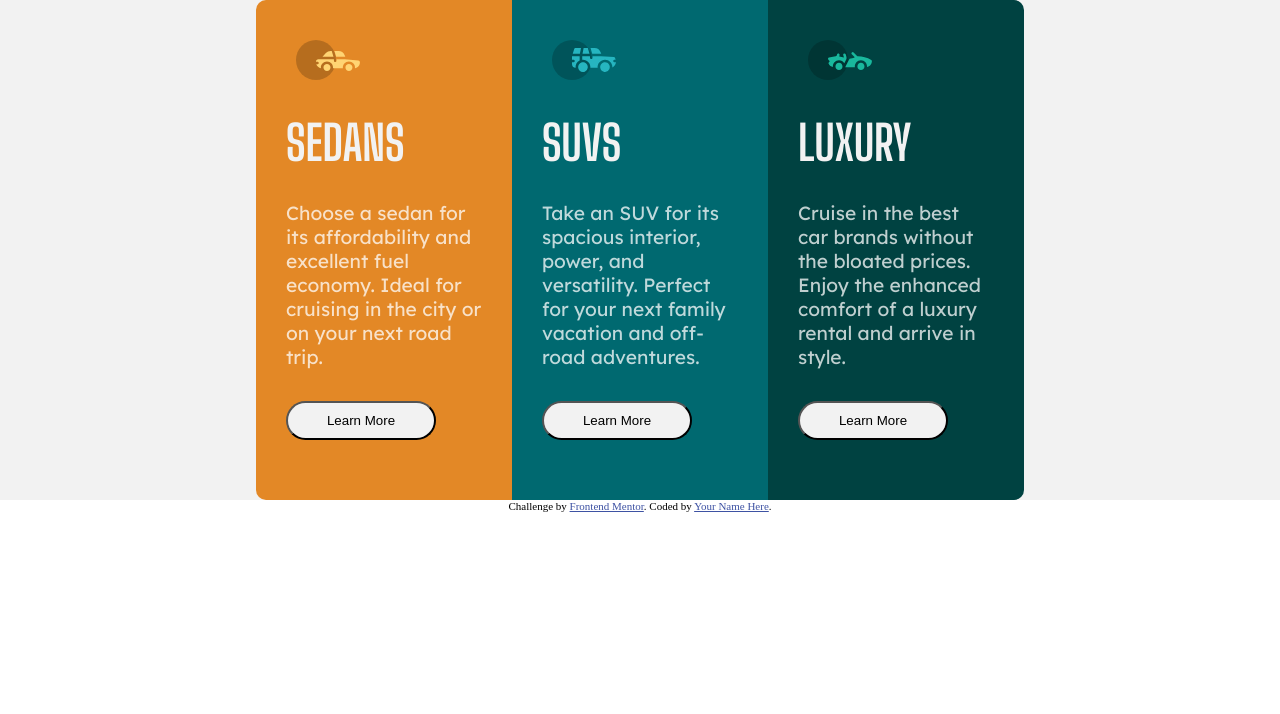
Repository: viniciussnt/3-column-preview-card
Page: index.html
These files come from the project's save history. The page is drawn as it stood at one moment and after a run of saves; the edit follows.
The browser window is 1280 px wide. The pictures show the whole page.

Above is the page before, as saved 2023-09-15 11:44:04.

After the next 2 saves:
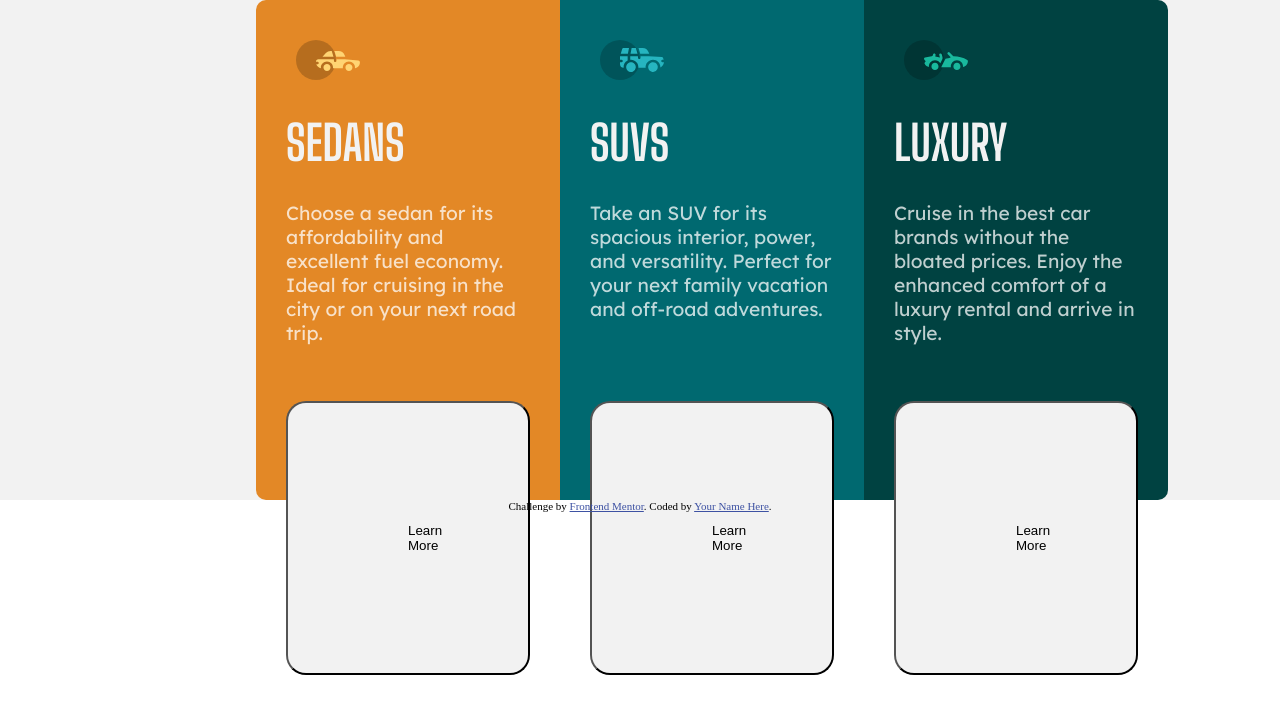
The 2 saves are shown as one change because they came seconds apart.
The last was saved 33 s later.
--- a/styles/style.css
+++ b/styles/style.css
@@ -74,7 +74,7 @@
     border-radius: 20px;
 
     margin: 30px 30px 0px 30px;
-    padding: 10px;
+    padding: 120px;
 
     width: 150px;
 

After the 2 saves that followed:
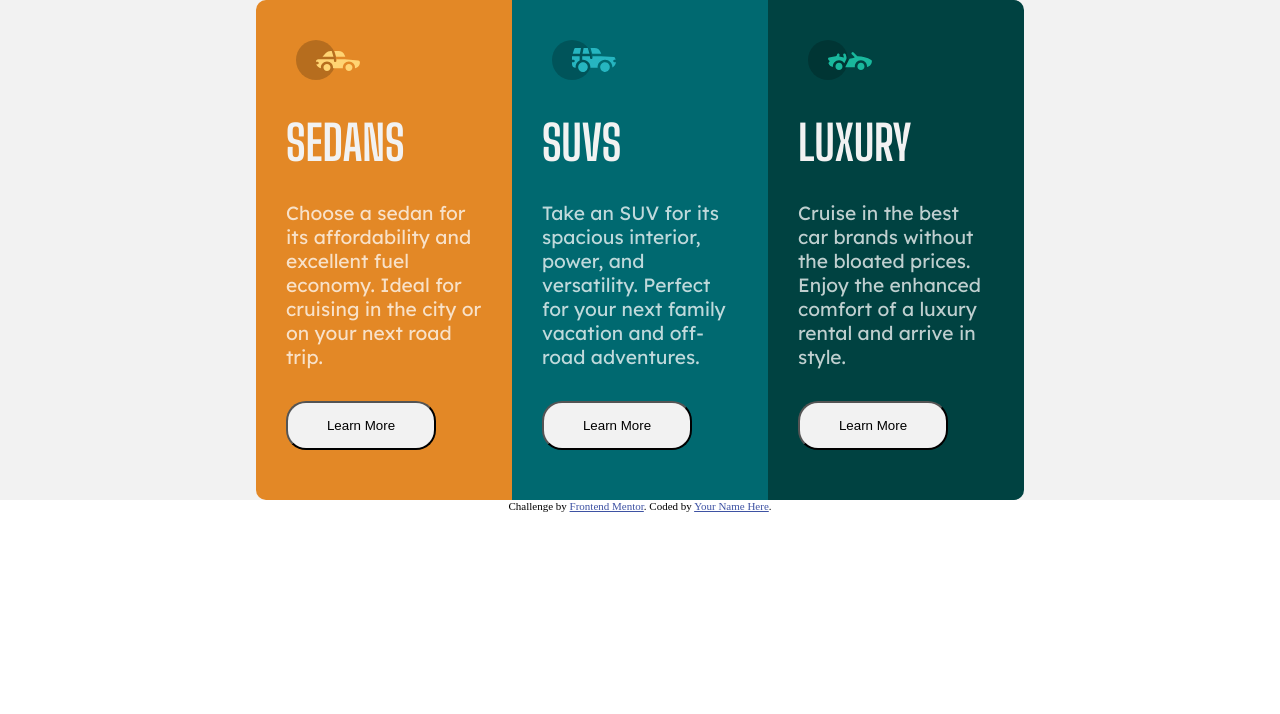
The 2 saves are shown as one change because they came seconds apart.
The last was saved 7 s later.
--- a/styles/style.css
+++ b/styles/style.css
@@ -74,7 +74,7 @@
     border-radius: 20px;
 
     margin: 30px 30px 0px 30px;
-    padding: 120px;
+    padding: 15px;
 
     width: 150px;
 
